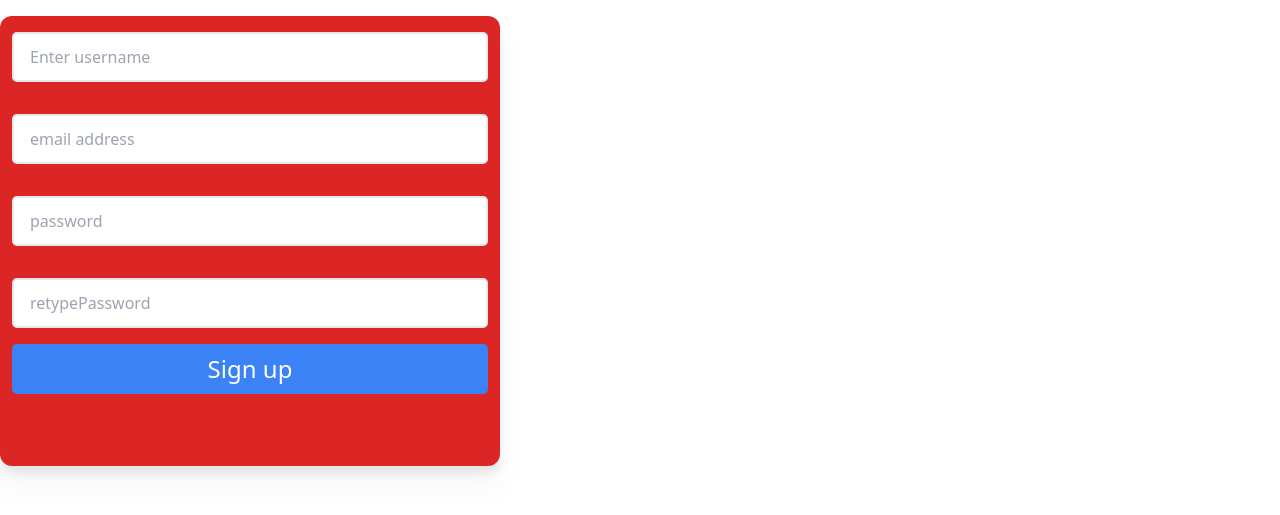
Repository: miraclesamson/e-commerce
Page: /
These files come from the project's save history. The page is drawn as it stood at one moment and after the next save; the edit follows.
The browser window is 1280 px wide. The pictures show the whole page.
The page's requests for data from a server got no answer. Some web libraries are served in a nearby version. The project was rebuilt for these pictures with package versions that can differ from the ones it lists, and the page was loaded fresh each time. No one was signed in, and anything a server would have sent is missing.

Above is the page before, as saved 2022-09-04 07:28:01.

### public/index.html
<!DOCTYPE html>
<html lang="en">

<head>
  <meta charset="utf-8" />
  <link rel="icon" href="%PUBLIC_URL%/favicon.ico" />
  <meta name="viewport" content="width=device-width, initial-scale=1" />
  <meta name="theme-color" content="#000000" />
  <meta name="description" content="Web site created using create-react-app" />
  <link rel="apple-touch-icon" href="%PUBLIC_URL%/logo192.png" />
  <!--
      manifest.json provides metadata used when your web app is installed on a
      user's mobile device or desktop. See https://developers.google.com/web/fundamentals/web-app-manifest/
    -->
  <link rel="manifest" href="%PUBLIC_URL%/manifest.json" />
  <!--
      Notice the use of %PUBLIC_URL% in the tags above.
      It will be replaced with the URL of the `public` folder during the build.
      Only files inside the `public` folder can be referenced from the HTML.

      Unlike "/favicon.ico" or "favicon.ico", "%PUBLIC_URL%/favicon.ico" will
      work correctly both with client-side routing and a non-root public URL.
      Learn how to configure a non-root public URL by running `npm run build`.
    -->
  <title>React App</title>
  <script src="https://kit.fontawesome.com/2345683446.js" crossorigin="anonymous"></script>
</head>

<body>
  <noscript>You need to enable JavaScript to run this app.</noscript>
  <div id="root"></div>
  <!--
      This HTML file is a template.
      If you open it directly in the browser, you will see an empty page.

      You can add webfonts, meta tags, or analytics to this file.
      The build step will place the bundled scripts into the <body> tag.

      To begin the development, run `npm start` or `yarn start`.
      To create a production bundle, use `npm run build` or `yarn build`.
    -->
</body>

</html>

### src/App.js
import React, { useEffect, useState } from "react";

import { fireAuth } from "./firebase";
import Signup from "./pages/Signup";

function App() {
  const [user, setUser] = useState();

  const onAuthStateChange = (user) => {
    setUser(user);
  };

  useEffect(() => {
    const subscriber = fireAuth.onAuthStateChanged(onAuthStateChange);

    // console.log(subscriber);
    return subscriber; // unsubscribe on unmount
  }, []);

  return <Signup />;
}

export default App;

### src/firebase.js
// Import the functions you need from the SDKs you need
import { initializeApp } from "firebase/app";
import { getAnalytics } from "firebase/analytics";
import { getFirestore } from "firebase/firestore";
import { getAuth } from "firebase/auth";

// TODO: Add SDKs for Firebase products that you want to use
// https://firebase.google.com/docs/web/setup#available-libraries

// Your web app's Firebase configuration
// For Firebase JS SDK v7.20.0 and later, measurementId is optional
const firebaseConfig = {
  apiKey: "AIzaSyCPRbN0p39vfpSQbeUfPQqL-eSKSP4enuo",
  authDomain: "e-commerce-fe56b.firebaseapp.com",
  projectId: "e-commerce-fe56b",
  storageBucket: "e-commerce-fe56b.appspot.com",
  messagingSenderId: "989187869030",
  appId: "1:989187869030:web:b68d76a53f95698398e0a7",
  measurementId: "G-1KH0YDN1NY",
};

// Initialize Firebase
export const app = initializeApp(firebaseConfig);
export const analytics = getAnalytics(app);
export const fireStore = getFirestore(app);
export const fireAuth = getAuth(app);

### src/pages/Signup.jsx
import React from "react";
import * as Yup from "yup";
import { useFormik } from "formik";
import { createUserWithEmailAndPassword } from "firebase/auth";

import { fireAuth } from "../firebase";

const validationSchema = Yup.object({
  username: Yup.string()
    .min(8)
    .label("username")
    .required("username is required")
    .matches(
      /^(?=.*[a-z])(?=.*[A-Z])(?=.*\d)(?=.*[@$!%*?&])[A-Za-z\d@$!%*?&]{6,}$/
    ),
  email: Yup.string()
    .email("Invalid email address")
    .label("Email")
    .required("Email is Required"),
  password: Yup.string()
    .min(8, "Must be 6 characters or more")
    .matches(
      /^(?=.*[a-z])(?=.*[A-Z])(?=.*\d)(?=.*[@$!%*?&])[A-Za-z\d@$!%*?&]{6,}$/,
      "Password must contain at least one lowercase letter, one uppercase letter, one number and one special character"
    )
    .label("Password")
    .required("Password is required"),
  retypePassword: Yup.string()
    .required("Please retype your password.")
    .oneOf([Yup.ref("password")], "Your passwords do not match."),
});

function Signup() {
  const formik = useFormik({
    initialValues: {
      username: "",
      email: "",
      password: "",
    },
    validationSchema: validationSchema,
    onSubmit: (values) => {
      console.log(values);
      createUserWithEmailAndPassword(
        fireAuth,
        values.username,
        values.email,
        values.password,
        values.retypePassword
      )
        .then((userCredential) => {
          // Signed in
          const user = userCredential.user;
          console.log(user);
          // ...
        })
        .catch((error) => {
          const errorCode = error.code;
          const errorMessage = error.message;
          console.log(errorMessage);
          // ..
        });
    },
  });

  return (
    <div className="bg-red-600 w-[500px] h-[450px] drop-shadow-xl rounded-xl px-3 justify-center items-center">
      <form onSubmit={formik.handleSubmit} className="w-full">
        <div className="mb-4 mt-4">
          <input
            id="username"
            type="text"
            placeholder="Enter username"
            className="h-[50px] p-4 w-full border-2 rounded-[5px] mt-4"
            {...formik.getFieldProps("username")}
          />
          {formik.touched.username && formik.errors.username ? (
            <div>{formik.errors.username}</div>
          ) : null}
        </div>
        <div className="mb-4 mt-4">
          <input
            id="email"
            type="text"
            {...formik.getFieldProps("email")}
            placeholder="email address"
            className="h-[50px] p-4 w-full border-2 rounded-[5px] mt-4"
          />
          {formik.touched.email && formik.errors.email ? (
            <div>{formik.errors.email}</div>
          ) : null}
        </div>

        <div className="mb-4">
          <input
            id="password"
            type="text"
            placeholder="password"
            {...formik.getFieldProps("password")}
            className="h-[50px] p-4 w-full border-2 rounded-[5px] mt-4"
          />
          {formik.touched.password && formik.errors.password ? (
            <div>{formik.errors.password}</div>
          ) : null}
        </div>

        <div className="mb-4">
          <input
            id="retypePassword"
            type="text"
            placeholder="retypePassword"
            {...formik.getFieldProps("retypePassword")}
            className="h-[50px] p-4 w-full border-2 rounded-[5px] mt-4"
          />
          {formik.touched.retypePassword && formik.errors.retypePassword ? (
            <div>{formik.errors.retypePassword}</div>
          ) : null}
        </div>

        <button
          type="submit"
          className="bg-blue-500 w-full h-[50px] rounded-[5px] text-white font-medium text-[24px]"
        >
          Sign up
        </button>
      </form>
    </div>
  );
}
export default Signup;

Loaded but not shown: src/index.js (common file); src/index.css (common file); src/reportWebVitals.js (common file); tailwind.config.js (common file)

After the next save:
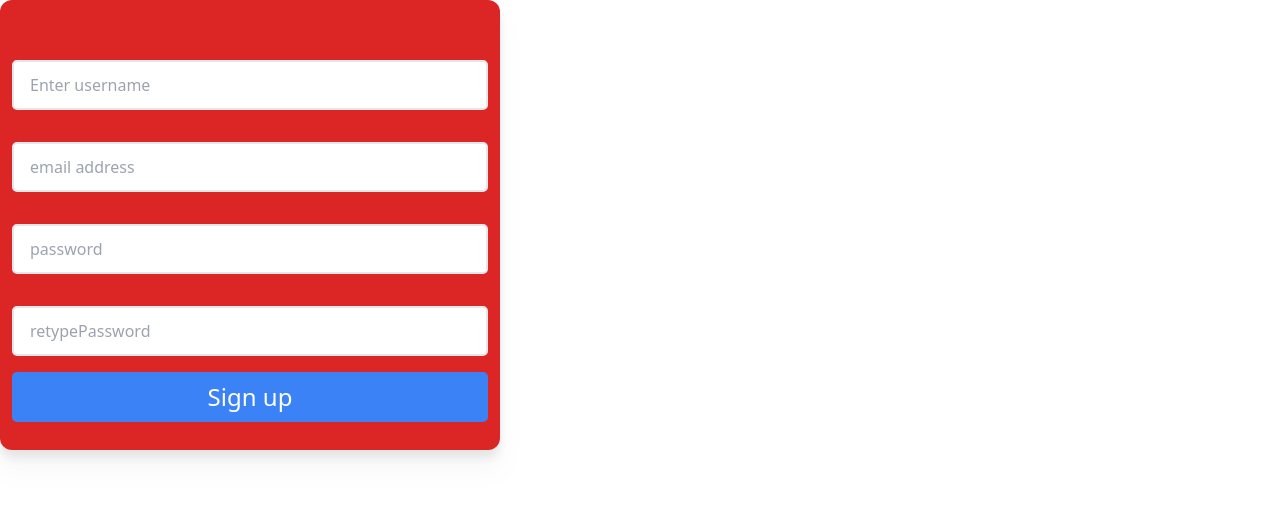
Saved 18 s later.
--- a/src/pages/Signup.jsx
+++ b/src/pages/Signup.jsx
@@ -63,7 +63,7 @@ function Signup() {
   });
 
   return (
-    <div className="bg-red-600 w-[500px] h-[450px] drop-shadow-xl rounded-xl px-3 justify-center items-center">
+    <div className="bg-red-600 w-[500px] h-[450px] drop-shadow-xl rounded-xl px-3 flex justify-center items-center">
       <form onSubmit={formik.handleSubmit} className="w-full">
         <div className="mb-4 mt-4">
           <input
